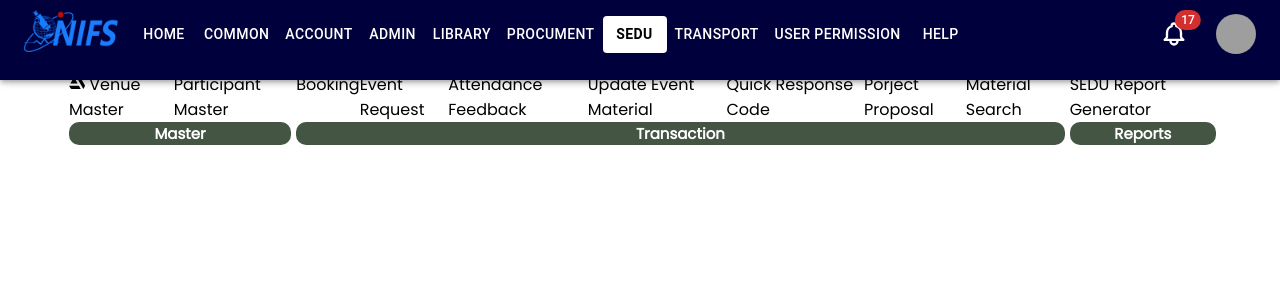
Repository: virangaj/NIFS-WebApp
Page: /sedu (app in client/)
These files come from the project's save history. The page is drawn as it stood at one moment and after the next save; the edit follows.
The browser window is 1280 px wide. The pictures show the whole page.
Pictures or frames that could not be fetched are drawn as grey boxes. The project was rebuilt for these pictures with package versions that can differ from the ones it lists, and the page was loaded fresh each time. Also part of the build but not shown: client/src/pages/Login.tsx, client/src/pages/Home.tsx, client/src/components/Transport/shared/TransportNavbar.js, client/src/pages/TransportMainPage.tsx, client/src/pages/CommonMainPage.tsx, client/src/pages/AccountMainPage.tsx, client/src/pages/AdminMainPage.tsx, client/src/pages/LibraryMainPage.js and 4 more.

Above is the page before, as saved 2022-07-27 00:48:45.

### client/public/index.html
<!DOCTYPE html>
<html lang="en">
	<head>
		<meta charset="utf-8" />
		<link rel="icon" href="nifs_logo.png" />
		<meta name="viewport" content="width=device-width, initial-scale=1" />
		<meta name="theme-color" content="#000000" />
		<meta
			name="description"
			content="Web site created using create-react-app"
		/>
		<link rel="apple-touch-icon" href="%PUBLIC_URL%/logo192.png" />
		<!--
      manifest.json provides metadata used when your web app is installed on a
      user's mobile device or desktop. See https://developers.google.com/web/fundamentals/web-app-manifest/
    -->
		<link rel="manifest" href="%PUBLIC_URL%/manifest.json" />
		<!--
      Notice the use of %PUBLIC_URL% in the tags above.
      It will be replaced with the URL of the `public` folder during the build.
      Only files inside the `public` folder can be referenced from the HTML.

      Unlike "/favicon.ico" or "favicon.ico", "%PUBLIC_URL%/favicon.ico" will
      work correctly both with client-side routing and a non-root public URL.
      Learn how to configure a non-root public URL by running `npm run build`.
    -->
		<link
			href="https://fonts.googleapis.com/css?family=Poppins"
			rel="stylesheet"
		/>
		<title>NIFS Dashboard</title>
	</head>
	<body>
		<noscript>You need to enable JavaScript to run this app.</noscript>
		<div id="root"></div>
		<!--
      This HTML file is a template.
      If you open it directly in the browser, you will see an empty page.

      You can add webfonts, meta tags, or analytics to this file.
      The build step will place the bundled scripts into the <body> tag.

      To begin the development, run `npm start` or `yarn start`.
      To create a production bundle, use `npm run build` or `yarn build`.
    -->
	</body>
</html>

### client/src/index.css
* {
  margin: 0;
}

body {
  font-family: 'Poppins';
  -webkit-font-smoothing: antialiased;
  -moz-osx-font-smoothing: grayscale;
}

:root {
  --main-navbar-back: #00003c;
  --nav-title-section-back: #454;
  --white: #fff;
  --black: #000
}


.nav-logo {
  width: 100px;
  height: auto;
}

/* main navbar */
.main-navbar {
  background-color: var(--main-navbar-back) !important;
  width: 100% !important;
  height: 80px !important;

}



/* secondary navbar */
.secondary-navbar {
  margin-top: 10vh !important;
  margin: auto;
}

.nav-flex-section {
  display: flex;
  justify-content: center;
}

.nav-flex-inside {
  margin-left: 5px;
  margin-left: 5px;
}

.nav-title {
  font-size: 15px;
  text-align: center;
  color: var(--white);
  font-weight: 600;

}

.nav-title-section {
  border-radius: 10px;
  background-color: var(--nav-title-section-back);
}

/* body content */
.body-content {
  margin: auto;
  width: 90%;
  margin-top: 10vh;

}

.sub-body-content {
  margin: auto;
  width: 90%;
  margin-top: 3vh;
}

### client/src/App.tsx
import React, { useEffect } from 'react';
import Navbar from './components/shared/Navbar';
import Login from './pages/Login'
import { BrowserRouter as Router, Route, Routes } from 'react-router-dom'
import Home from './pages/Home';
import TransportMainPage from './pages/TransportMainPage';
import CommonMainPage from './pages/CommonMainPage';
import AccountMainPage from './pages/AccountMainPage';
import AdminMainPage from './pages/AdminMainPage';
import LibraryMainPage from './pages/LibraryMainPage';
import ProcumentMainPage from './pages/ProcumentMainPage';
import SeduMainPage from './pages/SeduMainPage';
import UserPermissionMainPage from './pages/UserPermissionMainPage';
import NotificationMainPage from './pages/NotificationMainPage';
import HelpMainPage from './pages/HelpMainPage';

function App() {


  return (
    <Router>
      <Navbar />
      <Routes>

        <Route path="/login" element={<Login />} />
        <Route path="/" element={<Home />} />
        <Route path="/common/*" element={<CommonMainPage />} />
        <Route path="/account/*" element={<AccountMainPage />} />
        <Route path="/admin/*" element={<AdminMainPage />} />
        <Route path="/library/*" element={<LibraryMainPage />} />
        <Route path="/procument/*" element={<ProcumentMainPage />} />
        <Route path="/sedu/*" element={<SeduMainPage />} />
        <Route path="/transport/*" element={<TransportMainPage />} />
        <Route
          path="/user-permission/*"
          element={<UserPermissionMainPage />}
        />
        <Route
          path="/notification/*"
          element={<NotificationMainPage />}
        />
        <Route path="/help/*" element={<HelpMainPage />} />
      </Routes>


    </Router>
  );
}

export default App;

### client/src/components/shared/Navbar.tsx
import * as React from 'react';
import AppBar from '@mui/material/AppBar';
import Box from '@mui/material/Box';
import Toolbar from '@mui/material/Toolbar';
import IconButton from '@mui/material/IconButton';
import Typography from '@mui/material/Typography';
import Menu from '@mui/material/Menu';
import Container from '@mui/material/Container';
import Avatar from '@mui/material/Avatar';
import Button from '@mui/material/Button';
import Tooltip from '@mui/material/Tooltip';
import MenuItem from '@mui/material/MenuItem';
import { HiMenuAlt2, HiOutlineBell } from "react-icons/hi";
import Badge from '@mui/material/Badge';
import Logo from '../../images/nifs_logo.png'
import { Link, useLocation } from 'react-router-dom';
const pages = [
    {
        id: 0,
        title: 'Home',
        link: '/',
    },
    {
        id: 1,
        title: 'Common',
        link: '/common',
    },
    {
        id: 2,
        title: 'Account',
        link: '/account',
    },
    {
        id: 3,
        title: 'Admin',
        link: '/admin',
    },
    {
        id: 4,
        title: 'Library',
        link: '/library',
    },
    {
        id: 5,
        title: 'Procument',
        link: '/procument',
    },
    {
        id: 6,
        title: 'SEDU',
        link: '/sedu',
    },
    {
        id: 7,
        title: 'Transport',
        link: '/transport',
    },
    {
        id: 8,
        title: 'User Permission',
        link: '/user-permission',
    },
    // {
    //     id: 9,
    //     title: 'Notification',
    //     link: '/notification',
    // },
    {
        id: 10,
        title: 'Help',
        link: '/help',
    },
];
const settings = [
    {
        id: 0,
        title: 'Login',
        link: '/login',
    },
];
const Navbar = () => {

    const location: any = useLocation();
    console.log(location.pathname.split('/')[1])


    const [anchorElNav, setAnchorElNav] = React.useState<null | HTMLElement>(null);
    const [anchorElUser, setAnchorElUser] = React.useState<null | HTMLElement>(null);

    const handleOpenNavMenu = (event: React.MouseEvent<HTMLElement>) => {
        setAnchorElNav(event.currentTarget);
    };
    const handleOpenUserMenu = (event: React.MouseEvent<HTMLElement>) => {
        setAnchorElUser(event.currentTarget);
    };

    const handleCloseNavMenu = () => {
        setAnchorElNav(null);
    };

    const handleCloseUserMenu = () => {
        setAnchorElUser(null);
    };

    return (
        <AppBar position="fixed" className="main-navbar">
            <Container maxWidth="xl">
                <Toolbar disableGutters>
                    {/*Responsive view start here  */}
                    <Box sx={{ display: { xs: 'none', md: 'flex' }, mr: 1 }}>
                        <Link to='/'>
                            <img src={Logo} alt="logo" className="nav-logo" />
                        </Link>
                    </Box>


                    <Box sx={{ flexGrow: 1, display: { xs: 'flex', md: 'none' } }}>
                        <IconButton
                            size="large"
                            aria-label="account of current user"
                            aria-controls="menu-appbar"
                            aria-haspopup="true"
                            onClick={handleOpenNavMenu}
                            color="inherit"
                        >
                            <HiMenuAlt2 />
                        </IconButton>
                        <Menu
                            id="menu-appbar"
                            anchorEl={anchorElNav}
                            anchorOrigin={{
                                vertical: 'bottom',
                                horizontal: 'left',
                            }}
                            keepMounted
                            transformOrigin={{
                                vertical: 'top',
                                horizontal: 'left',
                            }}
                            open={Boolean(anchorElNav)}
                            onClose={handleCloseNavMenu}
                            sx={{
                                display: { xs: 'block', md: 'none' },
                            }}
                        >
                            {pages && pages.map((page) => (
                                location.pathname.split('/')[1] === page.link.split('/')[1] ?
                                    <Link to={page.link} style={{ textDecoration: 'none' }} >
                                        <Button
                                            key={page.id}
                                            onClick={handleCloseNavMenu}
                                            sx={{ my: 2, color: 'white', display: 'block' }}
                                            style={{ backgroundColor: '#000', color: '#fff', fontWeight: 700 }}
                                        >
                                            {page.title}
                                        </Button>
                                    </Link>
                                    :
                                    <Link to={page.link} style={{ textDecoration: 'none' }} >
                                        <Button
                                            key={page.id}
                                            onClick={handleCloseNavMenu}
                                            sx={{ my: 2, color: 'white', display: 'block' }}
                                            style={{ backgroundColor: '#fff', color: '#000' }}
                                        >
                                            {page.title}
                                        </Button>
                                    </Link>
                            ))}
                        </Menu>
                    </Box>
                    {/* Responsive view ends here */}

                    {/* Full width starts here */}
                    <Box
                        sx={{
                            mr: 2,
                            display: { xs: 'flex', md: 'none' },
                            flexGrow: 1,
                        }}
                    >
                        <Link to='/'>
                            <img src={Logo} alt="logo" className="nav-logo" />
                        </Link>
                    </Box>

                    <Box sx={{ flexGrow: 1, display: { xs: 'none', md: 'flex' } }}>
                        {pages.map((page) => (
                            location.pathname.split('/')[1] === page.link.split('/')[1] ?
                                <Link to={page.link} style={{ textDecoration: 'none' }} >
                                    <Button
                                        key={page.id}
                                        onClick={handleCloseNavMenu}
                                        sx={{ my: 2, color: 'white', display: 'block' }}
                                        style={{ backgroundColor: '#fff', color: '#000', fontWeight: 700 }}


                                    >
                                        {page.title}
                                    </Button>
                                </Link>
                                :
                                <Link to={page.link} style={{ textDecoration: 'none' }} >
                                    <Button
                                        key={page.id}
                                        onClick={handleCloseNavMenu}
                                        sx={{ my: 2, color: 'white', display: 'block' }}

                                    >
                                        {page.title}
                                    </Button>
                                </Link>
                        ))}
                    </Box>
                    <IconButton
                        size="large"
                        aria-label="show 17 new notifications"
                        color="inherit"
                        sx={{ mr: 2 }}
                    >
                        <Badge badgeContent={17} color="error">
                            <HiOutlineBell />
                        </Badge>
                    </IconButton>
                    <Box sx={{ flexGrow: 0 }}>
                        <Tooltip title="Open settings">
                            <IconButton onClick={handleOpenUserMenu} sx={{ p: 0 }}>
                                <Avatar alt="Remy Sharp" src="/static/images/avatar/2.jpg" />
                            </IconButton>
                        </Tooltip>
                        <Menu
                            sx={{ mt: '45px' }}
                            id="menu-appbar"
                            anchorEl={anchorElUser}
                            anchorOrigin={{
                                vertical: 'top',
                                horizontal: 'right',
                            }}
                            keepMounted
                            transformOrigin={{
                                vertical: 'top',
                                horizontal: 'right',
                            }}
                            open={Boolean(anchorElUser)}
                            onClose={handleCloseUserMenu}
                        >
                            {settings && settings.map((setting) => (
                                <MenuItem key={setting.id} onClick={handleCloseUserMenu}>
                                    <Typography textAlign="center">{setting.title}</Typography>
                                </MenuItem>
                            ))}
                        </Menu>
                    </Box>
                </Toolbar>
            </Container>
        </AppBar>
    );
};
export default Navbar;

### client/src/pages/SeduMainPage.tsx
import React from 'react';
import { Route, Routes } from 'react-router-dom';
import SeduSecondaryNavbar from '../components/sedu/SeduSecondaryNavbar';
import SecondaryNavbar from '../components/shared/SecondaryNavbar';


// sedu main page where all other section of sedu department can be access from here
function SeduMainPage() {

	return <div>
		<SeduSecondaryNavbar />
		<div className="sub-body-content">
			<Routes>
				{/* <Route path="/" element={<NewRequest />} />
					<Route path="/recommend" element={<RecommendedRequest />} />
					<Route path="/approve" element={<ApproveRequest />} /> */}
			</Routes>
		</div>
	</div>;
}

export default SeduMainPage;

### client/src/components/sedu/SeduSecondaryNavbar.tsx
import { Box } from '@mui/material'
import React from 'react'

import { FaArtstation, FaApple, FaAppStoreIos } from "react-icons/fa";
function SeduSecondaryNavbar() {

    return (
        <Box sx={{ width: '90%' }} className="secondary-navbar nav-flex-section">

            {/* master section */}
            <div className='nav-flex-inside'>
                <div className='nav-flex-section'>
                    <p className='nav-link'><FaArtstation /> Venue Master</p>
                    <p className='nav-link'>Participant Master</p>
                </div>
                <div className='nav-title-section'>
                    <p className='nav-title'>Master</p>
                </div>
            </div>

            {/* transaction section */}
            <div className='nav-flex-inside'>
                <div className='nav-flex-section'>
                    <p className='nav-link'>Booking</p>
                    <p className='nav-link'>Event Request</p>
                    <p className='nav-link'>Attendance Feedback</p>
                    <p className='nav-link'>Update Event Material</p>
                    <p className='nav-link'>Quick Response Code</p>
                    <p className='nav-link'>Porject Proposal</p>
                    <p className='nav-link'>Material Search</p>
                </div>
                <div className='nav-title-section'>
                    <p className='nav-title'>Transaction</p>
                </div>
            </div>
            {/* reposrts section */}
            <div className='nav-flex-inside'>
                <div className='nav-flex-section'>
                    <p className='nav-link'>SEDU Report Generator</p>
                </div>
                <div className='nav-title-section'>
                    <p className='nav-title'>Reports</p>
                </div>
            </div>
        </Box>
    )
}

export default SeduSecondaryNavbar

Loaded but not shown: client/src/index.tsx (common file); client/src/reportWebVitals.ts (common file)

After the next save:
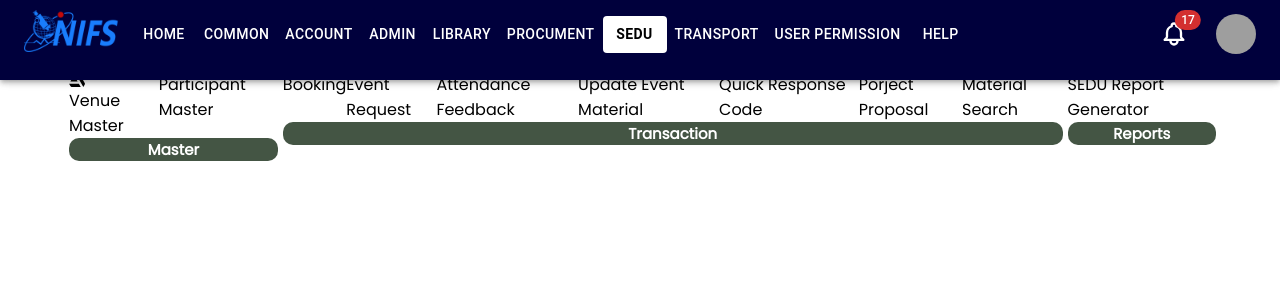
Saved 24 s later.
--- a/client/src/index.css
+++ b/client/src/index.css
@@ -60,6 +60,11 @@ body {
   background-color: var(--nav-title-section-back);
 }
 
+.nav-link {
+  display: flex;
+  flex-direction: column;
+}
+
 /* body content */
 .body-content {
   margin: auto;
